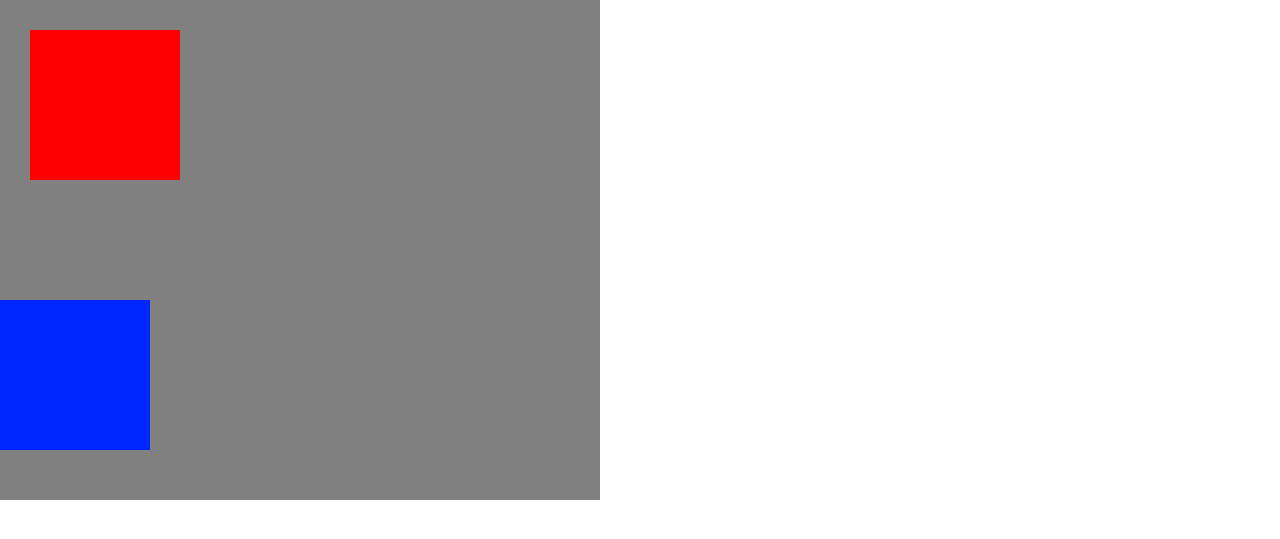
Repository: AytacSafarova/Task-12
Page: index.html
These files come from the project's save history. The page is drawn as it stood at one moment and after the next save; the edit follows.
The browser window is 1280 px wide. The pictures show the whole page.

Above is the page before, as saved 2023-07-27 09:11:12.

### index.html
<!DOCTYPE html>
<html lang="en">
<head>
  <meta charset="UTF-8">
  <meta name="viewport" content="width=device-width, initial-scale=1.0">
  <title>Document</title>
  <link rel="stylesheet" href="./index.css">
</head>
<body>
<div class="container">
  <div class="card"></div>
  <div class="card"></div>
  <div class="card"></div>
</div>

</body>
</html>

### index.css
*{
    margin: 0;
    padding: 0;
    box-sizing: border-box;
}

.container{
width: 600px;
height: 500px;
background-color: gray;
}
.card{
    width: 150px;
    height: 150px;
}
.card:nth-child(1){
    background-color: red;
    position: relative;
    top: 30px;
    left: 30px;
    z-index: 1;

}
.card:nth-child(2){
    background-color: orange;
    position: relative;
    z-index: -1;

}
.card:nth-child(3){
    background-color: rgb(0, 38, 255);
}

After the next save:
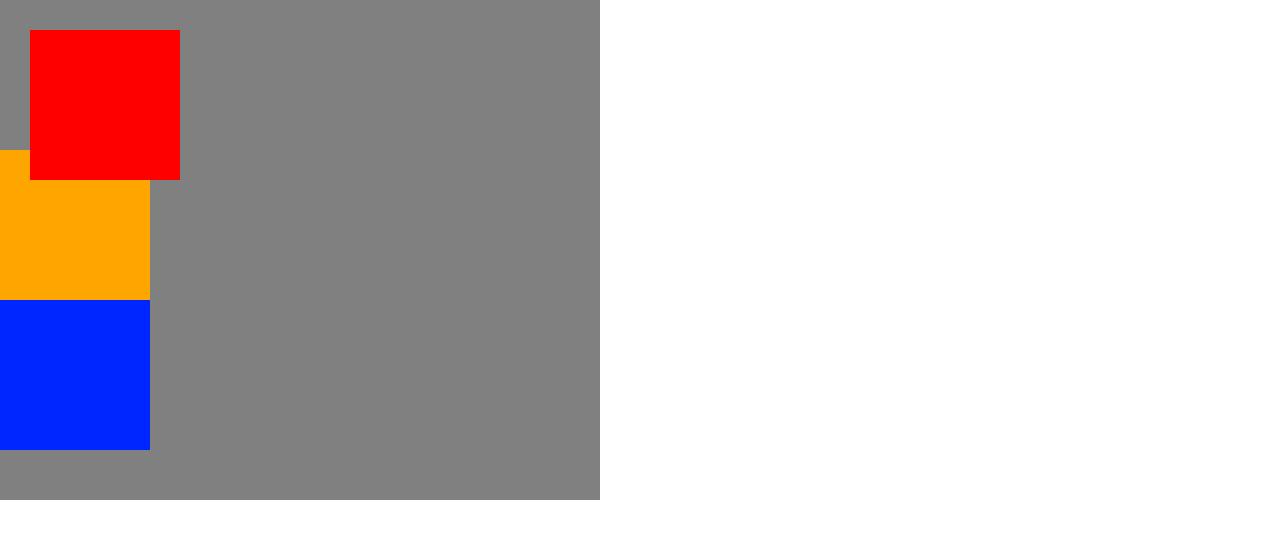
Saved 30 s later.
--- a/index.css
+++ b/index.css
@@ -24,7 +24,7 @@
 .card:nth-child(2){
     background-color: orange;
     position: relative;
-    z-index: -1;
+    z-index: 0;
 
 }
 .card:nth-child(3){
